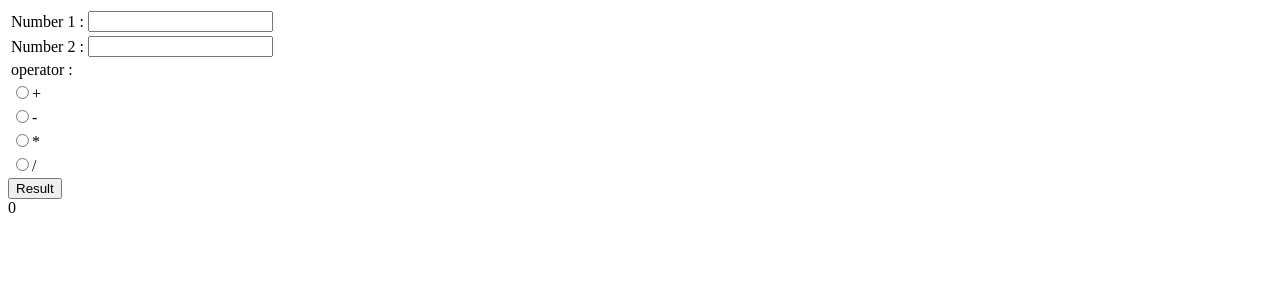
Repository: ragisd/J2EE
Page: http://localhost/jsp/calculator.jsp
An editor plug-in stored every save of this project. The page is shown before and after the next save, followed by the edit.
The browser window is 1280 px wide. The pictures show the whole page.
The page is served by Tomcat 9.

Above is the page before, as saved 2024-03-07 19:33:47.

### jsp/src/main/webapp/calculator.jsp
<%@ page language="java" contentType="text/html; charset=ISO-8859-1"
    pageEncoding="ISO-8859-1"%>
<!DOCTYPE html>
<html>
<head>
<meta charset="ISO-8859-1">
<title>Insert title here</title>
</head>
<body>
	<form action="calculator.jsp" method="post">
		<table>
			<tr>
				<td>Number 1 : </td>
				<td><input type="text" name="num1"></td>
			</tr>
			<tr>
				<td>Number 2 : </td>
				<td><input type="text" name="num2"></td>
			</tr>
			<tr>
				<td>operator : </td>
			</tr>
			<tr><td><input type="radio" name="operator" value="sum">+</td></tr>
			<tr><td><input type="radio" name="operator" value="sub">-</td></tr>
			<tr><td><input type="radio" name="operator" value="mul">*</td></tr>
			<tr><td><input type="radio" name="operator" value="div">/</td></tr>
		</table>
		<input type="submit" value="Result">
	</form>

	<%! int num1, num2, result; %>
	<%

	String inp1 = request.getParameter("num1");
	String inp2 = request.getParameter("num2");
	String operator = request.getParameter("operator");

	if(inp1 != null && inp2 != null){

		num1 = Integer.parseInt(inp1);
		num2 = Integer.parseInt(inp2);

		if(operator.equals("sum")){
			result = num1 + num2;
		}
		else if(operator.equals("sub")){
			result = num1 - num2;
		}
		else if(operator.equals("mul")){
			result = num1 * num2;
		}
		else {
			result = num1 / num2;
		}
	}
	%>

	<%= result %>

</body>
</html>

After the next save:
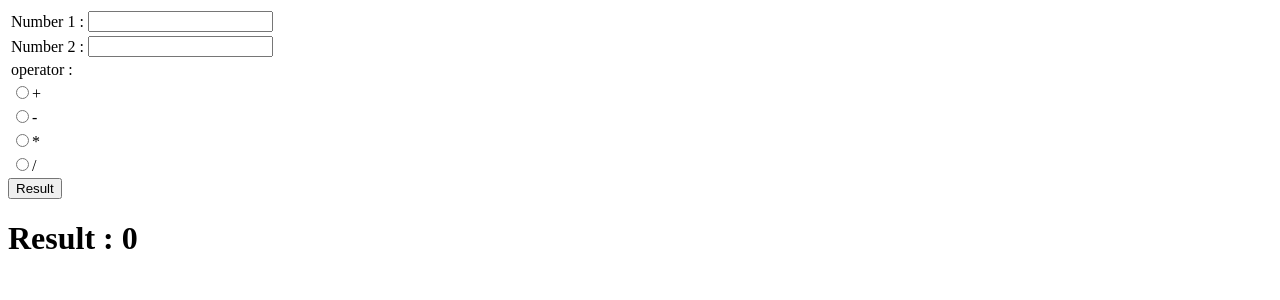
Saved 2 min 48 s later.
--- a/jsp/src/main/webapp/calculator.jsp
+++ b/jsp/src/main/webapp/calculator.jsp
@@ -54,8 +54,8 @@
 		}
 	}
 	%>
-
-	<%= result %>
+	<h1> Result :
+	<%= result %> </h1>
 
 </body>
 </html>

After the save that followed:
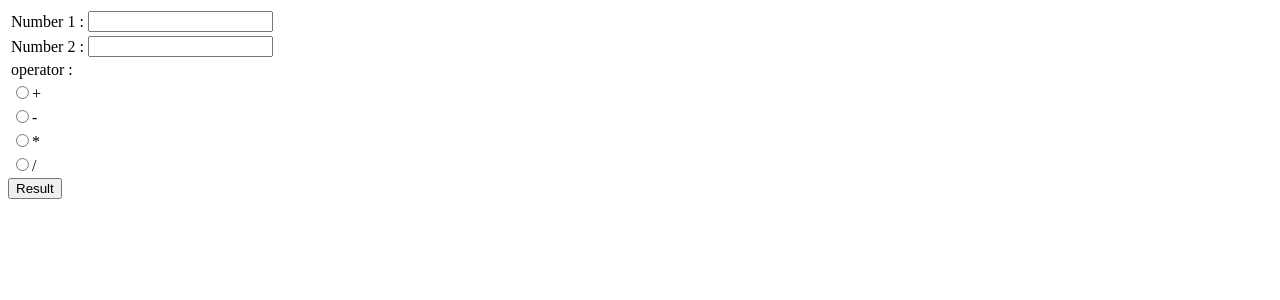
Saved 3 min 33 s later.
--- a/jsp/src/main/webapp/calculator.jsp
+++ b/jsp/src/main/webapp/calculator.jsp
@@ -54,8 +54,9 @@
 		}
 	}
 	%>
-	<h1> Result :
-	<%= result %> </h1>
+	<% if(result != 0) { %>
+		<h1> Result : <%= result %> </h1>
+	<% } %>
 
 </body>
 </html>
